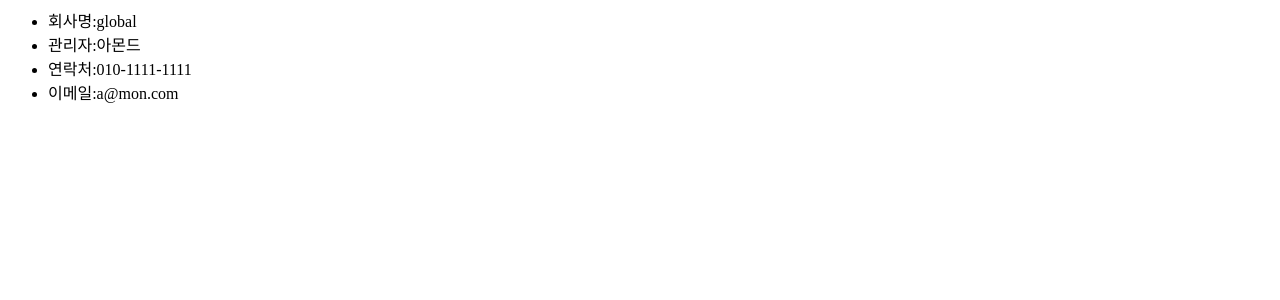
Repository: noopzzya/study_jsp_globalin
Page: http://localhost/ServletProject/InitParam
An editor plug-in stored every save of this project. The page is shown before and after the next save, followed by the edit.
The browser window is 1280 px wide. The pictures show the whole page.
The page is served by Tomcat 9.

Above is the page before, as saved 2023-01-27 03:00:37.

After the next save:
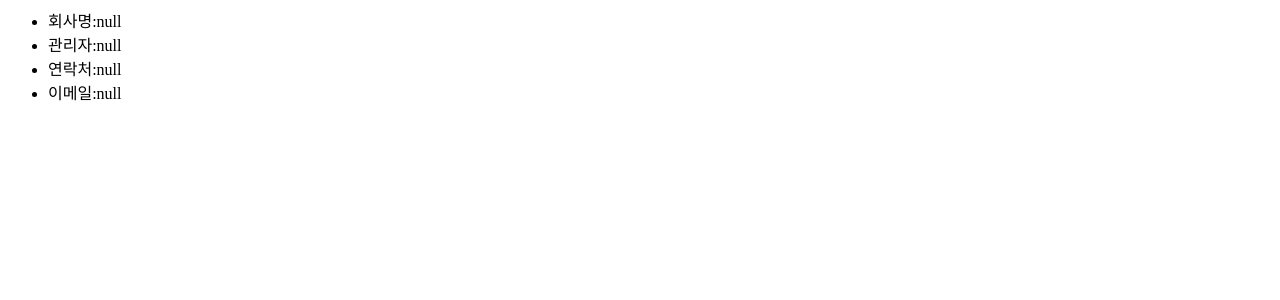
Saved 6 min 54 s later.
--- a/ServletProject/src/main/java/com/sample/InitParam.java
+++ b/ServletProject/src/main/java/com/sample/InitParam.java
@@ -40,6 +40,7 @@ import java.io.PrintWriter;
 
 import javax.servlet.ServletConfig;
 import javax.servlet.ServletException;
+import javax.servlet.annotation.WebInitParam;
 import javax.servlet.annotation.WebServlet;
 import javax.servlet.http.HttpServlet;
 import javax.servlet.http.HttpServletRequest;
@@ -47,7 +48,13 @@ import javax.servlet.http.HttpServletResponse;
 
 // web.xml 또는 어노테이션 둘 중 한 개만 실행해야 함
 // web.xml 실행 시 어노테이션 주석 처리
-@WebServlet(name = "InitParam", urlPatterns = {"/InitParam"})
+@WebServlet(name = "InitParam", urlPatterns = {"/InitParam"}, // 전역
+initParams = {
+	@WebInitParam(name="", value=""),
+	@WebInitParam(name="", value="")
+})
+
+
 public class InitParam extends HttpServlet {
 	private static final long serialVersionUID = 1L;
 
@@ -59,16 +66,16 @@ public class InitParam extends HttpServlet {
 
 	public void init() throws ServletException { // 요청은 파라미터 값으로 설정
 		// ServletContext
-		//company = getServletContext().getInitParameter("company");
-		company = "global";
-		//manager = getServletContext().getInitParameter("manager");
-		manager = "아몬드";
+		company = getServletContext().getInitParameter("company");
+		//company = "global";
+		manager = getServletContext().getInitParameter("manager");
+		//manager = "아몬드";
 
 		// ServletConfig
-		//tel = getServletConfig().getInitParameter("tel");
-		tel = "010-1111-1111";
-		//email = getServletConfig().getInitParameter("email");
-		email = "a@mon.com";
+		tel = getServletConfig().getInitParameter("tel");
+		//tel = "010-1111-1111";
+		email = getServletConfig().getInitParameter("email");
+		//email = "a@mon.com";
 	}
 
 	// doget, dopost 상관없이 사용 가능하도록 설정
